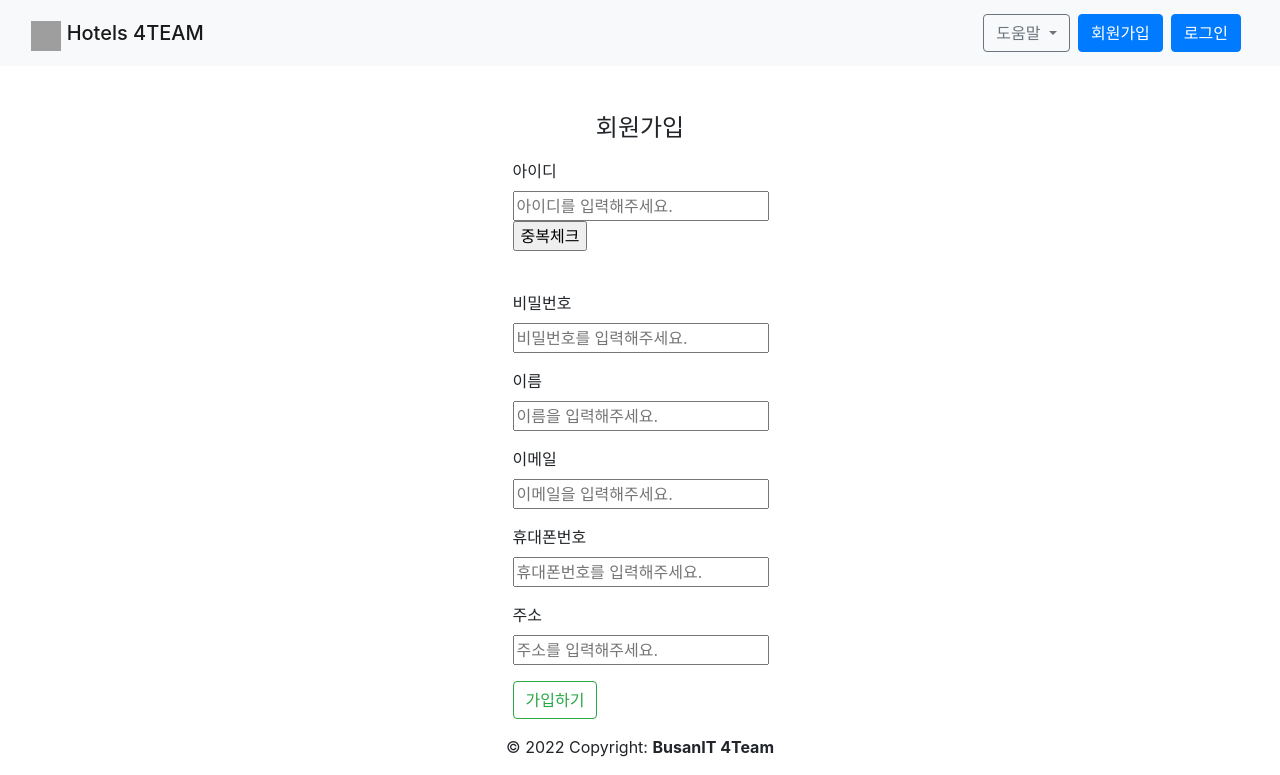
Repository: ShinKioh/Hotel_project
Page: http://localhost/HOTEL/register.jsp
An editor plug-in stored every save of this project. The page is shown before and after the next save, followed by the edit.
The browser window is 1280 px wide. The pictures show the whole page.
Pictures or frames that could not be fetched are drawn as grey boxes. The page is served by Tomcat 9. Other server files are loaded and not shown.

Above is the page before, as saved 2022-02-23 02:14:27.

### HOTEL/WebContent/register.jsp
<%@ page language="java" contentType="text/html; charset=UTF-8"
	pageEncoding="UTF-8"%>
<!DOCTYPE html>
<html>
<head>
<meta charset="UTF-8">
<link rel="stylesheet"
	href="//unpkg.com/bootstrap@4/dist/css/bootstrap.min.css">
<title>회원가입 페이지</title>
</head>
<body>
	<header>
		<nav class="navbar navbar-expand-lg navbar-light bg-light">
			<div class="container-fluid">
				<a class="navbar-brand" href="main.jsp"> <img
					src="img/premium-icon-letter-h-5540593.png" alt="" width="30"
					height="30" class="d-inline-block align-text-top"> <span
					class="navbar-brand mb-0 h1">Hotels 4TEAM</span>
				</a>
				<div class="d-flex justify-content-end">
					<div class="dropdown mr-2">
						<a class="btn btn-outline-secondary dropdown-toggle" href="#"
							role="button" id="dropdownMenuLink" data-toggle="dropdown"
							aria-expanded="false"> 도움말 </a>
						<div class="dropdown-menu" aria-labelledby="dropdownMenuLink">
							<a class="dropdown-item" href="#">공지 사항</a> <a
								class="dropdown-item" href="#">문의 사항</a> <a
								class="dropdown-item" href="#">FAQ</a>
						</div>
					</div>
					<a class="btn btn-primary mr-2" href="register?action=registerUser">회원가입</a>
					<a class="btn btn-primary mr-2" href="login.jsp">로그인</a>
				</div>
			</div>
		</nav>
	</header>
	<div class="container">
		<div class="row mt-5">
			<div class="col-md-3 mx-auto">
				<h4 class="text-center mb-3">회원가입</h4>
				<form action="<%=request.getContextPath()%>/register" method="post">
					<div class="form-group">
						<input type="hidden" name="action" value="registerUser">
					</div>
					<div class="form-group">
						<label for="id">아이디</label> <input type="text" name="id"
							placeholder="아이디를 입력해주세요."> <input type="button"
							onclick="sendServer()" value="중복체크">
						<div id="output"></div>

						<script type="text/javascript">
							const input = document
									.querySelector('input[type="text"]'); // 태그타입으로 선택
							const output = document.getElementById('output');
							const request = new XMLHttpRequest(); // Ajax request 객체 생성
							function sendServer() {
								// 버튼을 누르면 실행되는 함수
								let id = input.value; // input창에 입력한 값
								let url = 'idCheck.jsp?id=' + id; // 요청할 jsp페이지 주소
								request.open('GET', url, true);
								request.send();
								request.onreadystatechange = getInfo;
							}
							function getInfo() {
								if (request.readyState == 4
										&& request.status == 200) {
									let info = request.responseText; // 요청한 결과 받기
									output.textContent = info;
								}
							};
						</script>
						<br>
					</div>
					<div class="form-group">
						<label for="id">비밀번호</label> <input type="text" name="password"
							placeholder="비밀번호를 입력해주세요."><br>
					</div>
					<div class="form-group">
						<label for="id">이름</label> <input type="text" name="name"
							placeholder="이름을 입력해주세요."><br>
					</div>
					<div class="form-group">
						<label for="id">이메일</label> <input type="text" name="email"
							placeholder="이메일을 입력해주세요."><br>
					</div>
					<div class="form-group">
						<label for="id">휴대폰번호</label> <input type="text" name="phone"
							placeholder="휴대폰번호를 입력해주세요."><br>
					</div>
					<div class="form-group">
						<label for="id">주소</label> <input type="text" name="address"
							placeholder="주소를 입력해주세요."><br>
					</div>
					<%--가입하기 클릭시 신규회원 등록, 메인 페이지로 이동 --%>
					<button type="submit" class="btn btn-outline-success" onClick="location.href='main.jsp'">가입하기</button>
				</form>
			</div>
		</div>
	</div>
	<footer class="footer font-small black">
		<div class="footer-copyright text-center py-3">
			© 2022 Copyright: <b> BusanIT 4Team</b>
		</div>
	</footer>
</body>
</html>

After the next save:
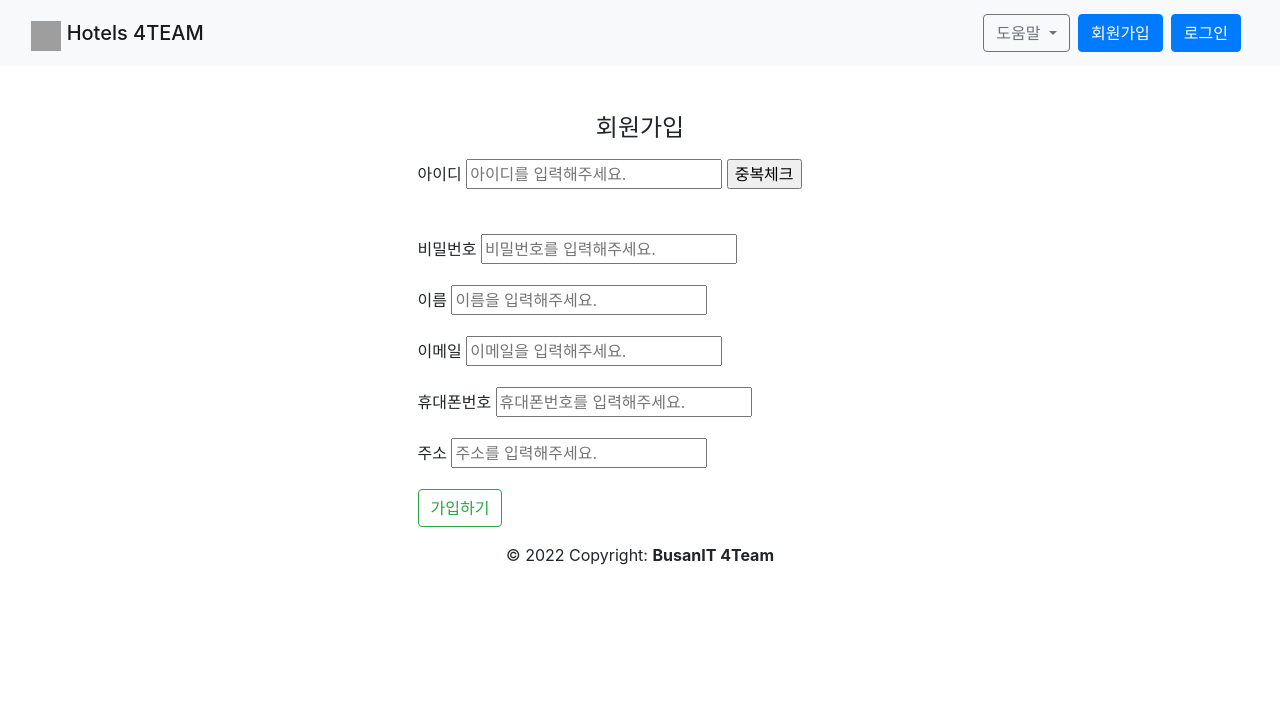
Saved 13 s later.
--- a/HOTEL/WebContent/register.jsp
+++ b/HOTEL/WebContent/register.jsp
@@ -36,7 +36,7 @@
 	</header>
 	<div class="container">
 		<div class="row mt-5">
-			<div class="col-md-3 mx-auto">
+			<div class="col-md-5 mx-auto">
 				<h4 class="text-center mb-3">회원가입</h4>
 				<form action="<%=request.getContextPath()%>/register" method="post">
 					<div class="form-group">
